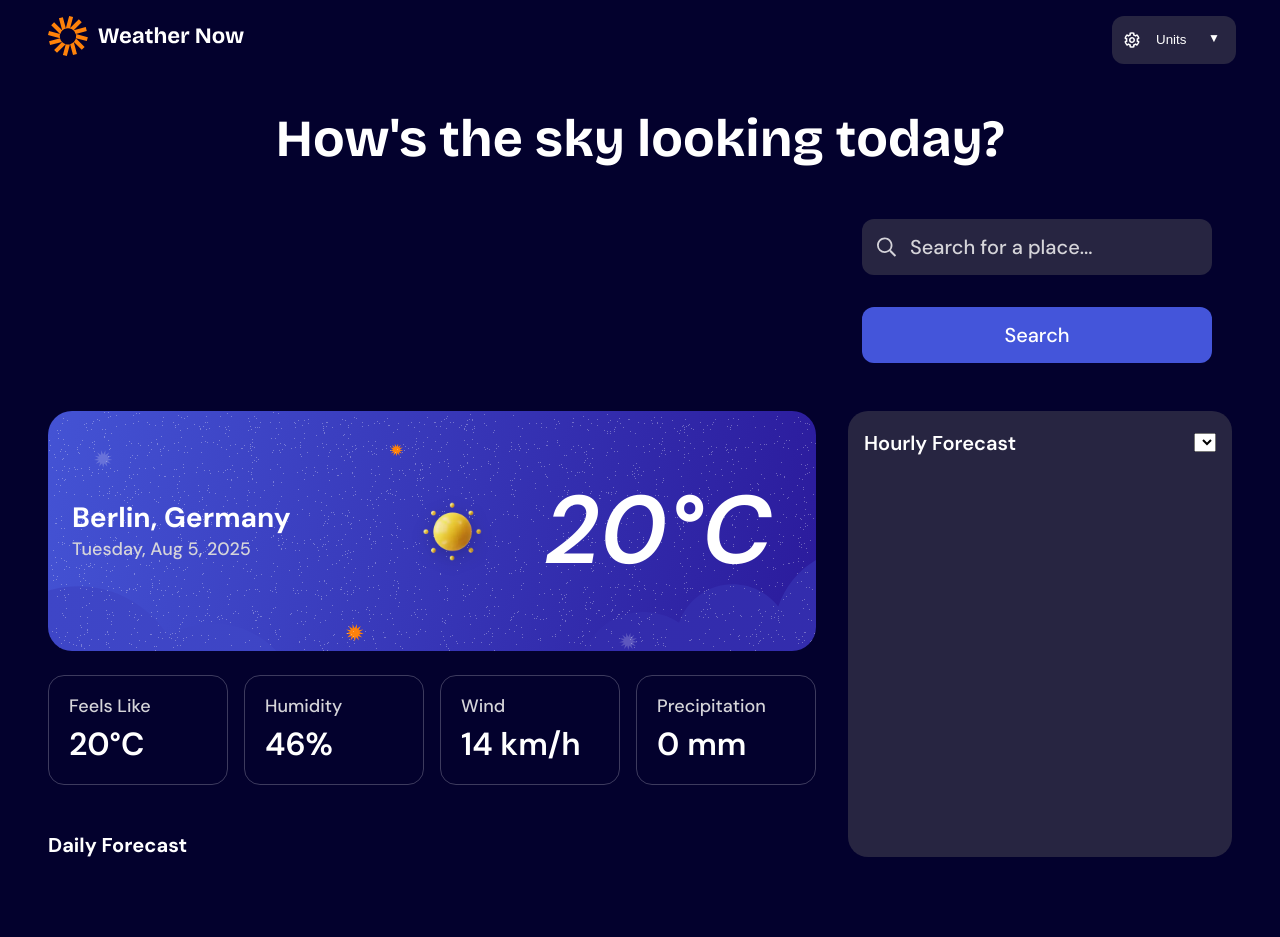
Repository: MKwaak/weather-app-main
Page: index.html
These files come from the project's save history. The page is drawn as it stood at one moment and after the next save; the edit follows.
The browser window is 1280 px wide. The pictures show the whole page.
The page's requests for data from a server got no answer.

Above is the page before, as saved 2026-01-31 01:40:20.

After the next save:
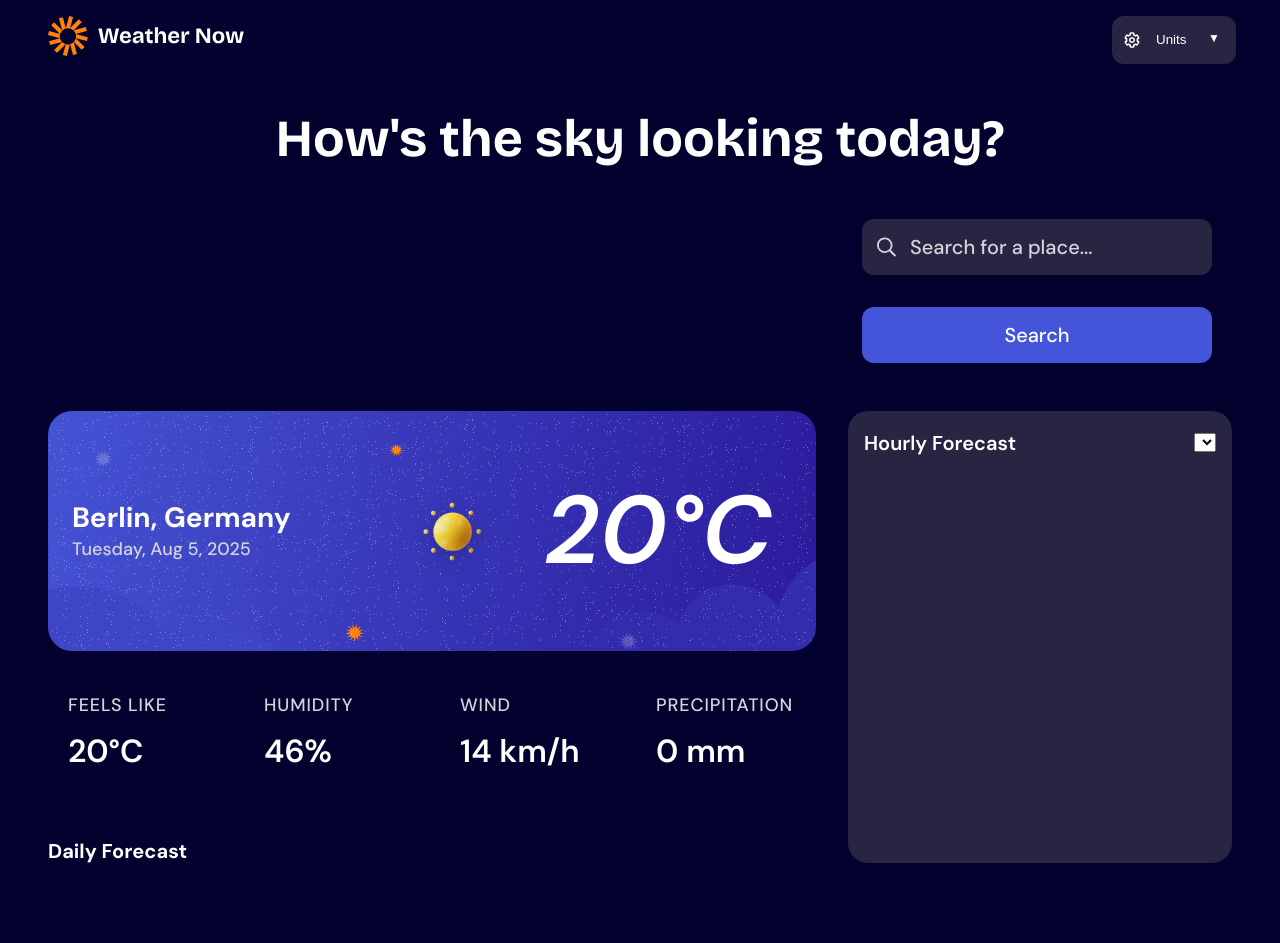
Saved 5 min 9 s later.
--- a/style.css
+++ b/style.css
@@ -546,23 +546,28 @@
 
     .current__condition {
       background-color: var(--color-panel-bg);
+      border: 1px solid var(--color-border);
       padding: 20px;
       border-radius: 16px;
       /* Optioneel: zorg dat ze even hoog zijn */
       display: flex;
       flex-direction: column;
+      gap: 8px;
       justify-content: space-between;
     }
 
     .current__condition-title {
       font-size: var(--font-size-panel-title);
       color: var(--color-text-med-light);
+      text-transform: uppercase;
+      letter-spacing: 0.05em;
       margin-bottom: 8px;
     }
 
     .current__condition-value {
       font-size: var(--font-size-panel-value);
       font-weight: 600;
+      color: var(--color-text-light);
     }
   }
 }
